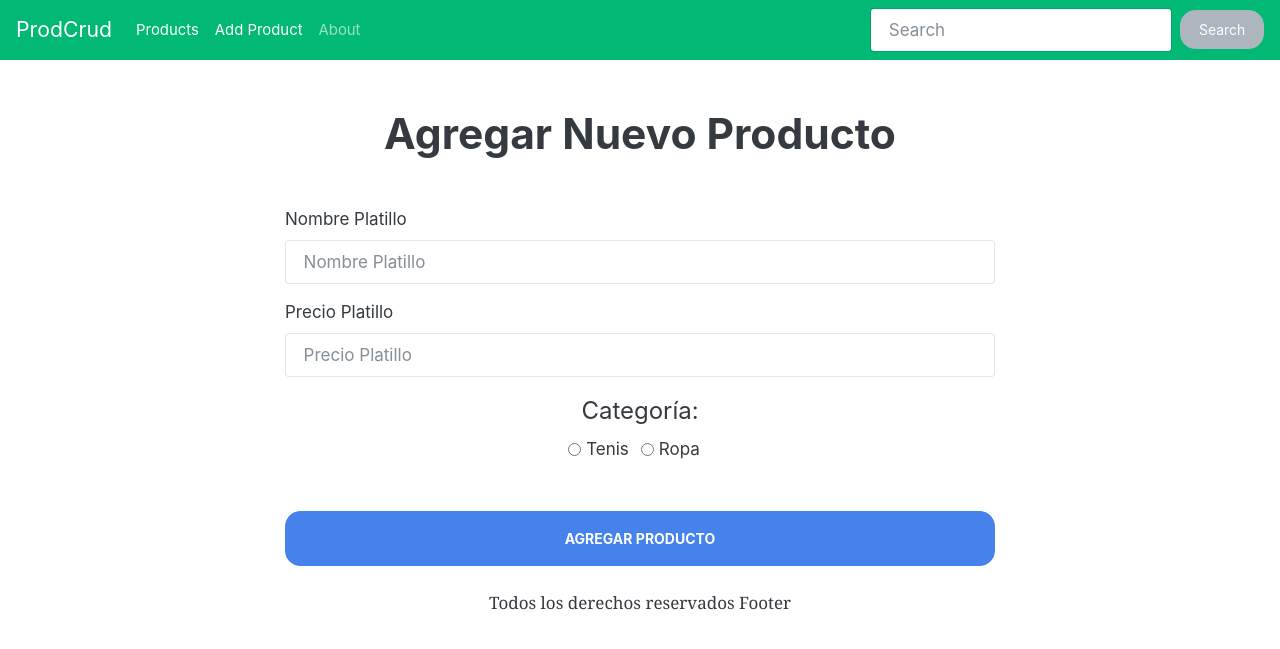
Repository: harrycampaz/router-reactjs
Page: /add-product
These files come from the project's save history. The page is drawn as it stood at one moment and after the next save; the edit follows.
The browser window is 1280 px wide. The pictures show the whole page.
The project was rebuilt for these pictures with package versions that can differ from the ones it lists, and the page was loaded fresh each time. Requests to the local data server were answered from the project's data file. Also part of the build but not shown: src/components/Product/Product.js, src/components/Product/Products.js, src/components/Product/EditProduct.js.

Above is the page before, as saved 2020-01-25 16:26:24.

### public/index.html
<!DOCTYPE html>
<html lang="en">
  <head>
    <meta charset="utf-8" />
    <link rel="icon" href="%PUBLIC_URL%/favicon.ico" />
    <meta name="viewport" content="width=device-width, initial-scale=1" />
    <meta name="theme-color" content="#000000" />
    <meta
      name="description"
      content="Web site created using create-react-app"
    />
    <link rel="apple-touch-icon" href="%PUBLIC_URL%/logo192.png" />
    <!--
      manifest.json provides metadata used when your web app is installed on a
      user's mobile device or desktop. See https://developers.google.com/web/fundamentals/web-app-manifest/
    -->
    <link rel="manifest" href="%PUBLIC_URL%/manifest.json" />
    <link rel="stylesheet" href="/css/bootstrap.min.css">
    <!--
      Notice the use of %PUBLIC_URL% in the tags above.
      It will be replaced with the URL of the `public` folder during the build.
      Only files inside the `public` folder can be referenced from the HTML.

      Unlike "/favicon.ico" or "favicon.ico", "%PUBLIC_URL%/favicon.ico" will
      work correctly both with client-side routing and a non-root public URL.
      Learn how to configure a non-root public URL by running `npm run build`.
    -->
    <title>React App</title>
  </head>
  <body>
    <noscript>You need to enable JavaScript to run this app.</noscript>
    <div id="root"></div>
    <!--
      This HTML file is a template.
      If you open it directly in the browser, you will see an empty page.

      You can add webfonts, meta tags, or analytics to this file.
      The build step will place the bundled scripts into the <body> tag.

      To begin the development, run `npm start` or `yarn start`.
      To create a production bundle, use `npm run build` or `yarn build`.
    -->
  </body>
</html>

### src/App.js
import React, { useState, useEffect } from 'react';
import axios from "axios";

import { BrowserRouter as Router, Route, Switch } from 'react-router-dom';
import Products from './components/Product/Products';
import AddProduct from './components/Product/AddProduct';
import EditProduct from './components/Product/EditProduct';
import Product from './components/Product/Product';
import Header from './ui/Header';
import Footer from './ui/Footer';


function App() {

  const [products, setProducts]= useState([]);

  useEffect(()=> {

    fetchApi();

  }, [])

  const fetchApi = async () => {
    const result = await axios.get('http://localhost:4000/store');

    console.log(result.data);

    setProducts(result.data);

  }


  return (
    <Router>
      <Header/>
      <main className="container mt-5">
        <Switch>

          <Route exact path ="/products" render={() => (
            <Products products={products}/>
          )}/>
          <Route exact path ="/add-product" component={AddProduct}/>
          <Route exact path ="/products/:id" component={Product}/>
          <Route exact path ="/products/editar/:id" component={EditProduct}/>
        </Switch>
      </main>
      <Footer />
    </Router>

  );
}

export default App;

### src/components/Product/AddProduct.js
import React from 'react';

function AddProduct(props) {
    return (
        <div className="col-md-8 mx-auto ">
        <h1 className="text-center">Agregar Nuevo Producto</h1>

        <form
            className="mt-5"
        >
            <div className="form-group">
                <label>Nombre Platillo</label>
                <input
                    type="text"
                    className="form-control"
                    name="nombre"
                    placeholder="Nombre Platillo"
                />
            </div>

            <div className="form-group">
                <label>Precio Platillo</label>
                <input
                    type="number"
                    className="form-control"
                    name="precio"
                    placeholder="Precio Platillo"
                />
            </div>

            <legend className="text-center">Categoría:</legend>
            <div className="text-center">
            <div className="form-check form-check-inline">
                <input
                    className="form-check-input"
                    type="radio"
                    name="categoria"
                    value="postre"
                />
                <label className="form-check-label">
                    Tenis
                </label>
            </div>
            <div className="form-check form-check-inline">
                <input
                    className="form-check-input"
                    type="radio"
                    name="categoria"
                    value="bebida"
                />
                <label className="form-check-label">
                    Ropa
                </label>
            </div>

            </div>

            <input type="submit" className="font-weight-bold text-uppercase mt-5 btn btn-primary btn-block py-3" value="Agregar Producto" />
        </form>
    </div>
    );
}

export default AddProduct;

### src/ui/Header.js
import React from 'react';
import { Link, NavLink } from 'react-router-dom';

const Header = (props) => (
    <nav className="navbar navbar-expand-lg navbar-dark bg-dark">

    <NavLink to="/products" className="navbar-brand"> ProdCrud
          </NavLink>
    <button className="navbar-toggler" type="button" data-toggle="collapse" data-target="#navbarColor03" aria-controls="navbarColor03" aria-expanded="false" aria-label="Toggle navigation">
      <span className="navbar-toggler-icon"></span>
    </button>

    <div className="collapse navbar-collapse" id="navbarColor03">
      <ul className="navbar-nav mr-auto">
        <li className="nav-item active">
          <NavLink to="/products" className="nav-link" activeClassName="active" > Products
          </NavLink>
        </li>
        <li className="nav-item">
        <NavLink to="/add-product" className="nav-link"  activeClassName="active"> Add Product
          </NavLink>
        </li>

        <li className="nav-item">
          <a className="nav-link" href="#">About</a>
        </li>
      </ul>
      <form className="form-inline my-2 my-lg-0">
        <input className="form-control mr-sm-2" type="text" placeholder="Search" />
        <button className="btn btn-secondary my-2 my-sm-0" type="submit">Search</button>
      </form>
    </div>
</nav>
);

export default Header;

### src/ui/Footer.js
import React from 'react';

const Footer = (props) => (
            <div>
                <p className="mt-4 p2 text-center">
                Todos los derechos reservados Footer </p>
            </div>
    );

export default Footer;

### db.json
{
    "store" : [
        {
            "id": 1,
            "name": "Nike Vapor",
            "price": "300",
            "description": "Tenis muy comodas",
            "category":"tenis"
        },
        {
            "id": 2,
            "name": "Camiseta Jordan",
            "price": "50",
            "description": "Camiseta tipo buso",
            "category":"ropa"
        },
        {
            "id": 3,
            "name": "Camisilla Tommy",
            "price": "30",
            "description": "Camisilla de tela fria",
            "category":"ropa"
        }
    ]
}

Loaded but not shown: src/index.js (common file); src/index.css (common file); src/serviceWorker.js (common file); public/css/bootstrap.min.css (library)

After the next save:
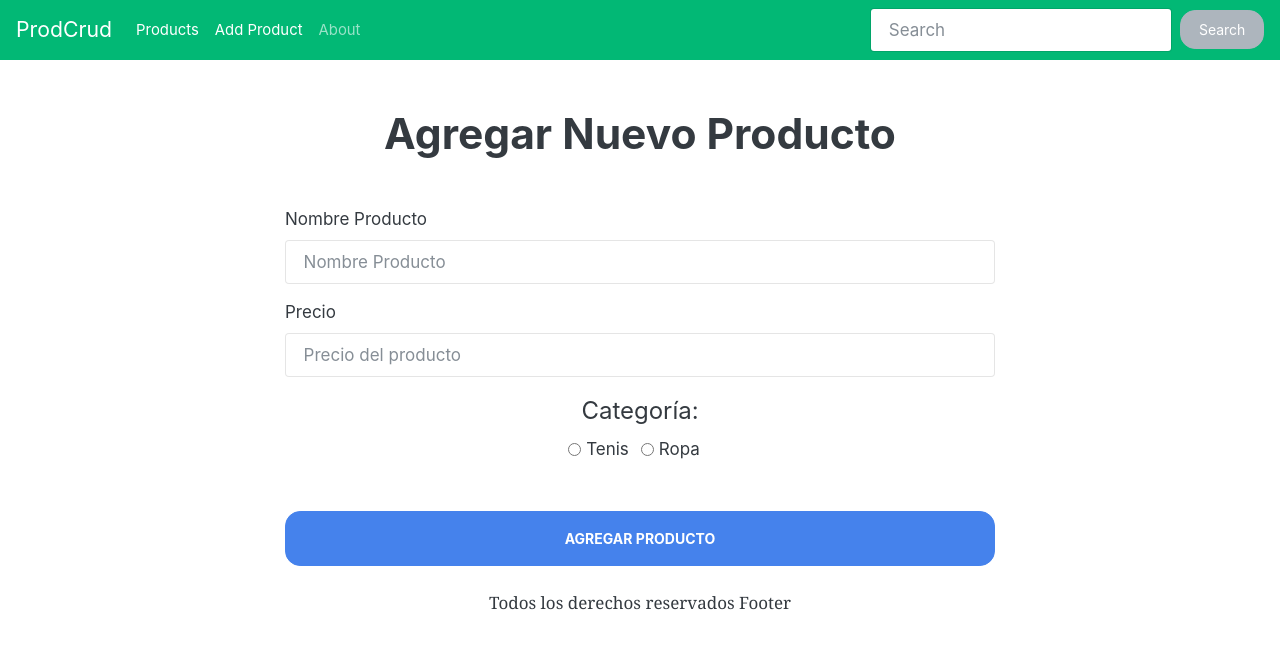
Saved 29 s later.
--- a/src/components/Product/AddProduct.js
+++ b/src/components/Product/AddProduct.js
@@ -9,22 +9,22 @@ function AddProduct(props) {
             className="mt-5"
         >
             <div className="form-group">
-                <label>Nombre Platillo</label>
+                <label>Nombre Producto</label>
                 <input
                     type="text"
                     className="form-control"
                     name="nombre"
-                    placeholder="Nombre Platillo"
+                    placeholder="Nombre Producto"
                 />
             </div>
 
             <div className="form-group">
-                <label>Precio Platillo</label>
+                <label>Precio</label>
                 <input
                     type="number"
                     className="form-control"
                     name="precio"
-                    placeholder="Precio Platillo"
+                    placeholder="Precio del producto"
                 />
             </div>
 
